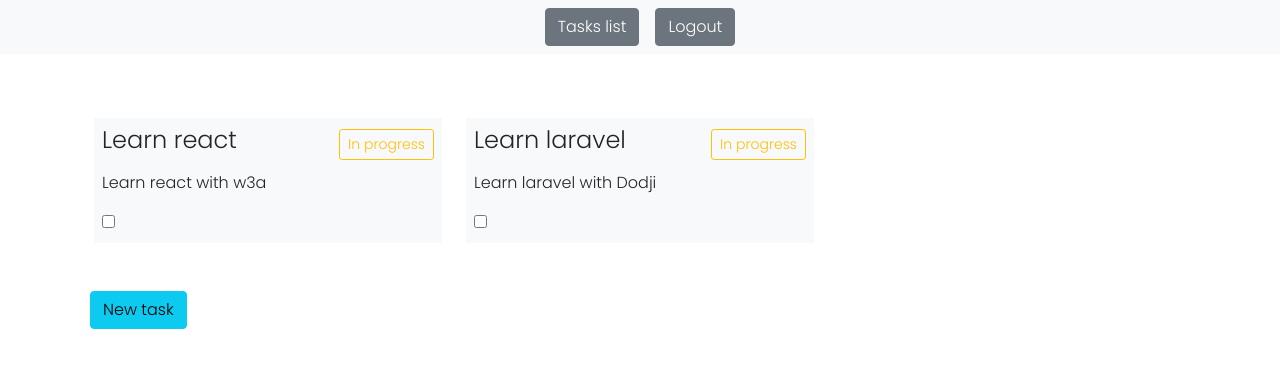
Repository: FS-23/react-task-manager
Page: /tasks/list
The author's editor kept a copy of each file at every save. The page is drawn from the files as they stood at one save, then again after the next save.
The browser window is 1280 px wide. The pictures show the whole page.
The page's requests for data from a server got no answer. The project was rebuilt for these pictures with package versions that can differ from the ones it lists, and the page was loaded fresh each time. No one was signed in, and anything a server would have sent is missing. Also part of the build but not shown: src/components/Login.js, src/components/AddTask.js, src/components/TaskDetail.js.

Above is the page before, as saved 2022-05-13 15:20:51.

After the next save:
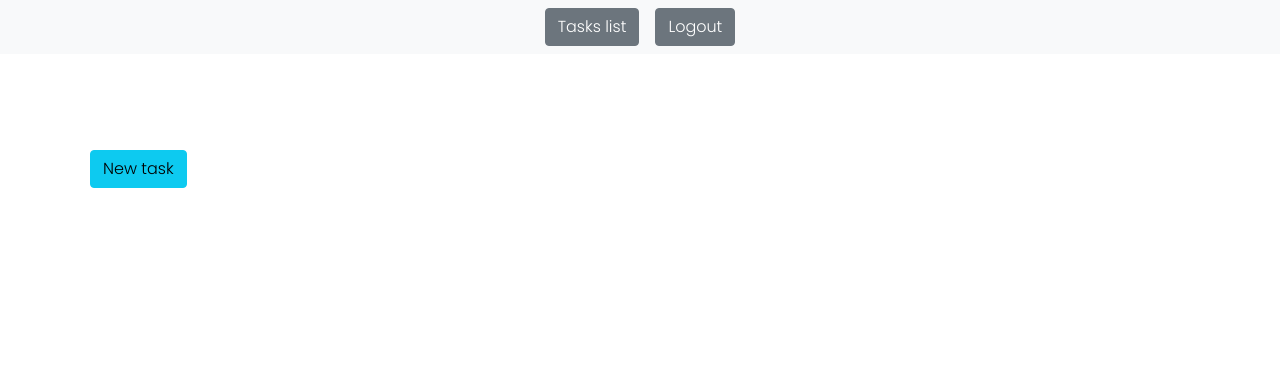
Saved 2 min 19 s later.
--- a/src/components/TaskList.js
+++ b/src/components/TaskList.js
@@ -6,10 +6,9 @@ function TaskList(){
 
     let tasksRef = collection(db , 'tasks')
     let [inputs , setInputs] = useState({})
-    let tasks = [
-         {id: 1 , title: "Learn react" , description: "Learn react with w3a"} ,
-         {id: 2 , title: 'Learn laravel' , description: "Learn laravel with Dodji" }
-    ]
+
+
+    let [tasks ,  setTasks] = useState([])
 
     function handleOnChange(event){
         let name = event.target.name
